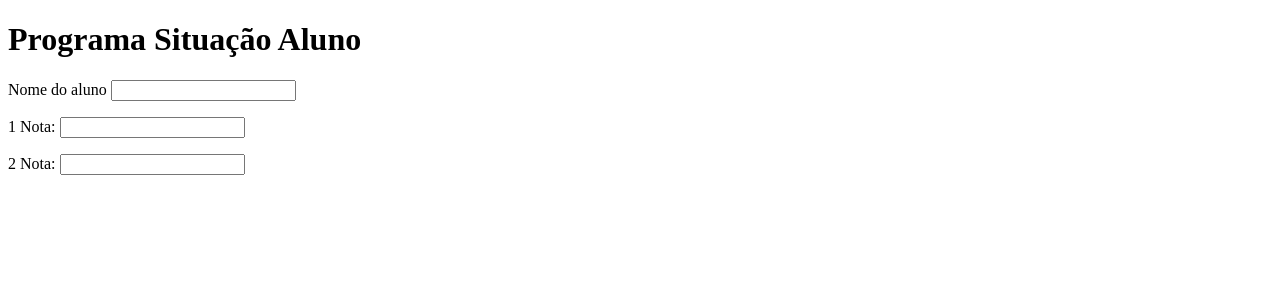
Repository: JhonMercedes/Javascript-book
Page: cap3/ex3_1.html
The author's editor kept a copy of each file at every save. The page is drawn from the files as they stood at one save, then again after the next save.
The browser window is 1280 px wide. The pictures show the whole page.

Above is the page before, as saved 2021-12-08 23:45:13.

After the next save:
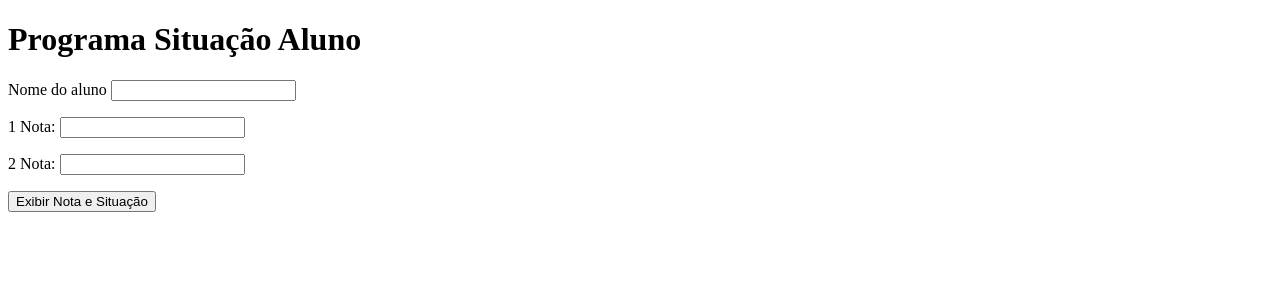
Saved 65 s later.
--- a/cap3/ex3_1.html
+++ b/cap3/ex3_1.html
@@ -18,5 +18,6 @@
     <p>2 Nota:
         <input type="text" id="inSnota">
     </p>
+    <input type="button" value="Exibir Nota e Situação" id="outSituacao">
 </body>
 </html>
